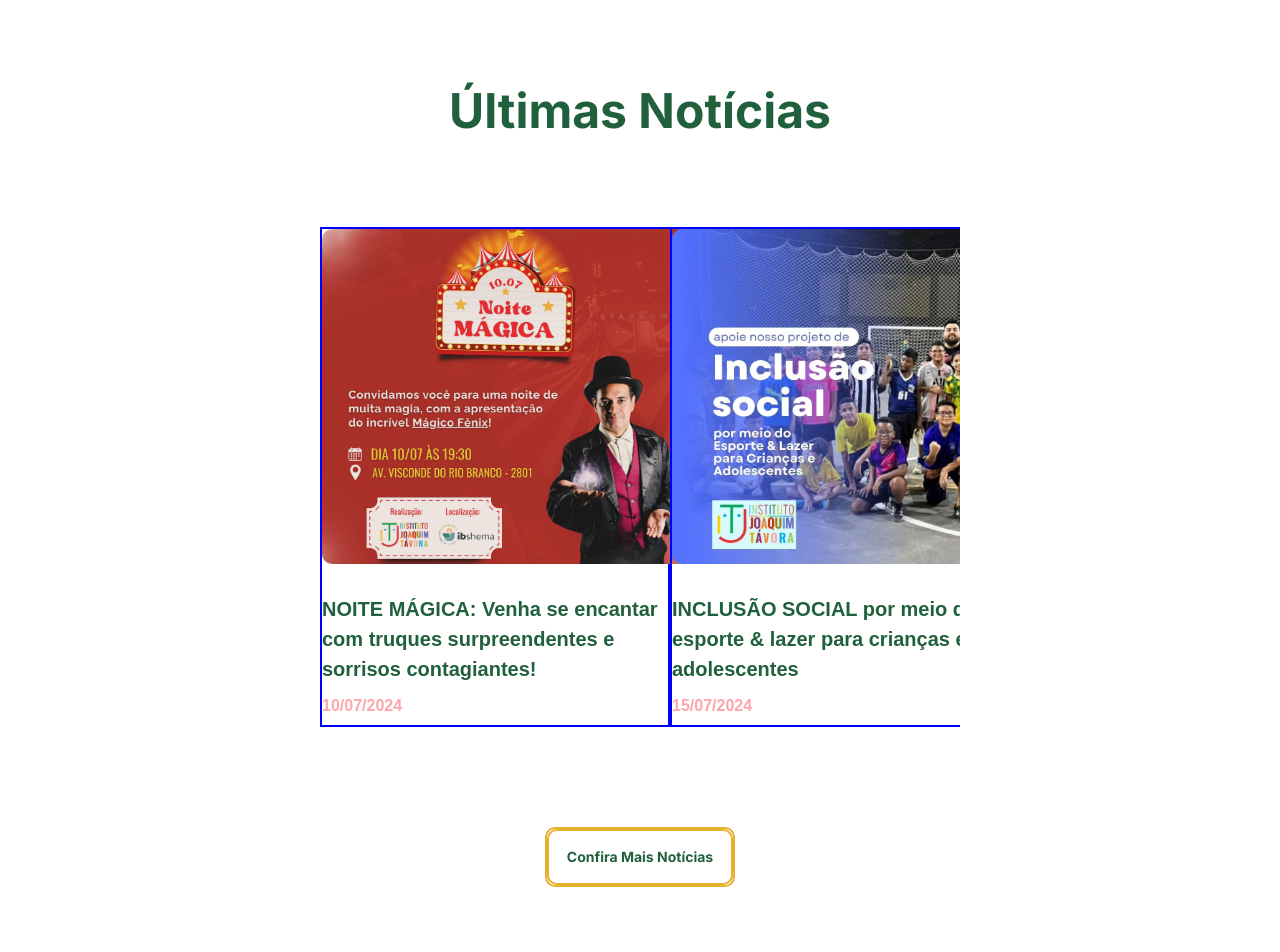
Repository: MarcelloMello90/itj2
Page: index.html
These files come from the project's save history. The page is drawn as it stood at one moment and after the next save; the edit follows.
The browser window is 1280 px wide. The pictures show the part of the page from y = 919 to 1871 px (the page is 2206 px tall).

Above is the page before, as saved 2024-07-22 23:56:50.

After the next save:
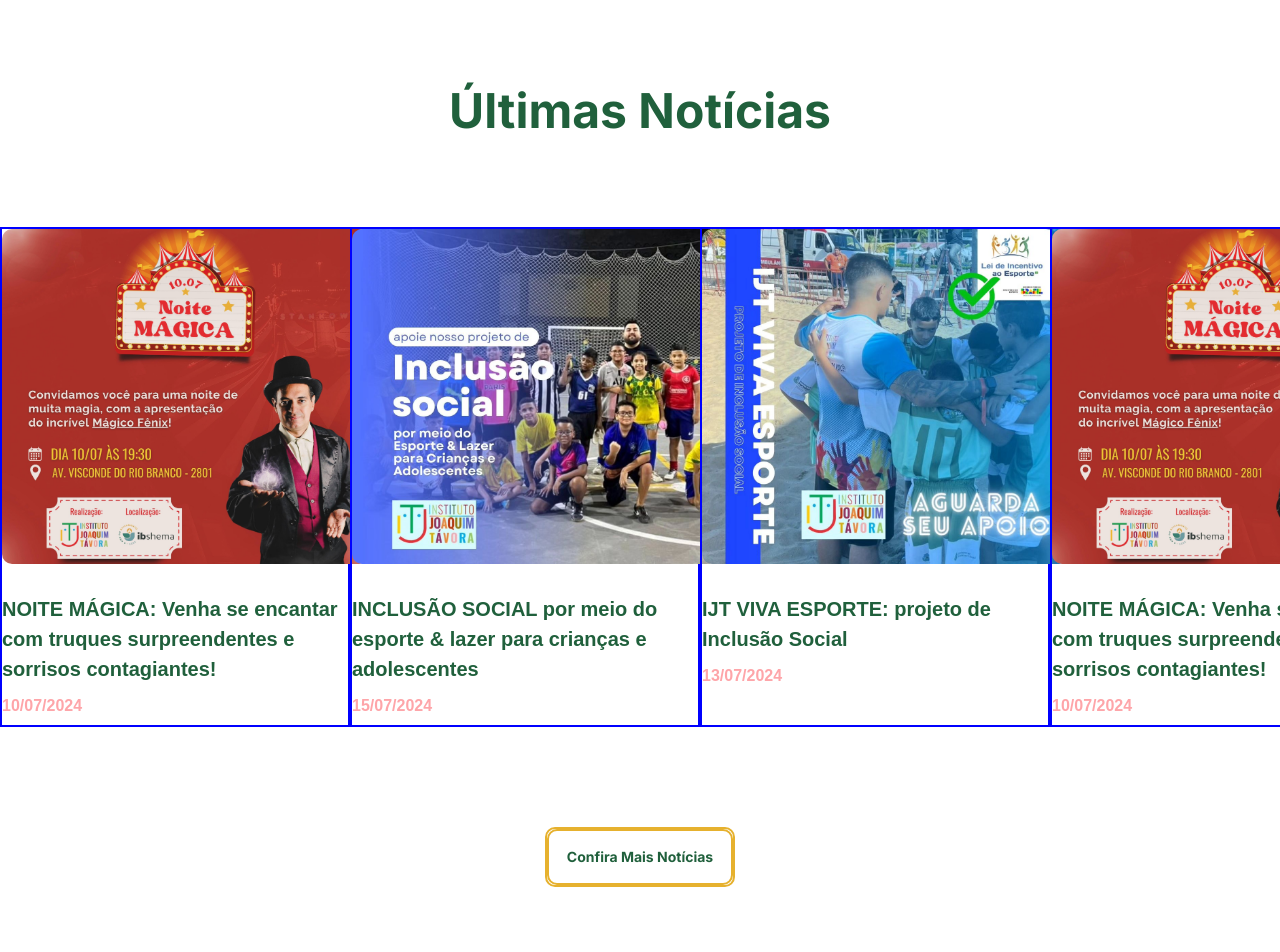
Saved 5 s later.
--- a/style.css
+++ b/style.css
@@ -199,7 +199,7 @@
 /* ajuste caixa carousel #items-wrapper, #items, item */
 #items-wrapper{
   /* caixa que exibe 100% tela ou nao */
-  width: 50vw;
+  width: 100vw;
 
 }
 
